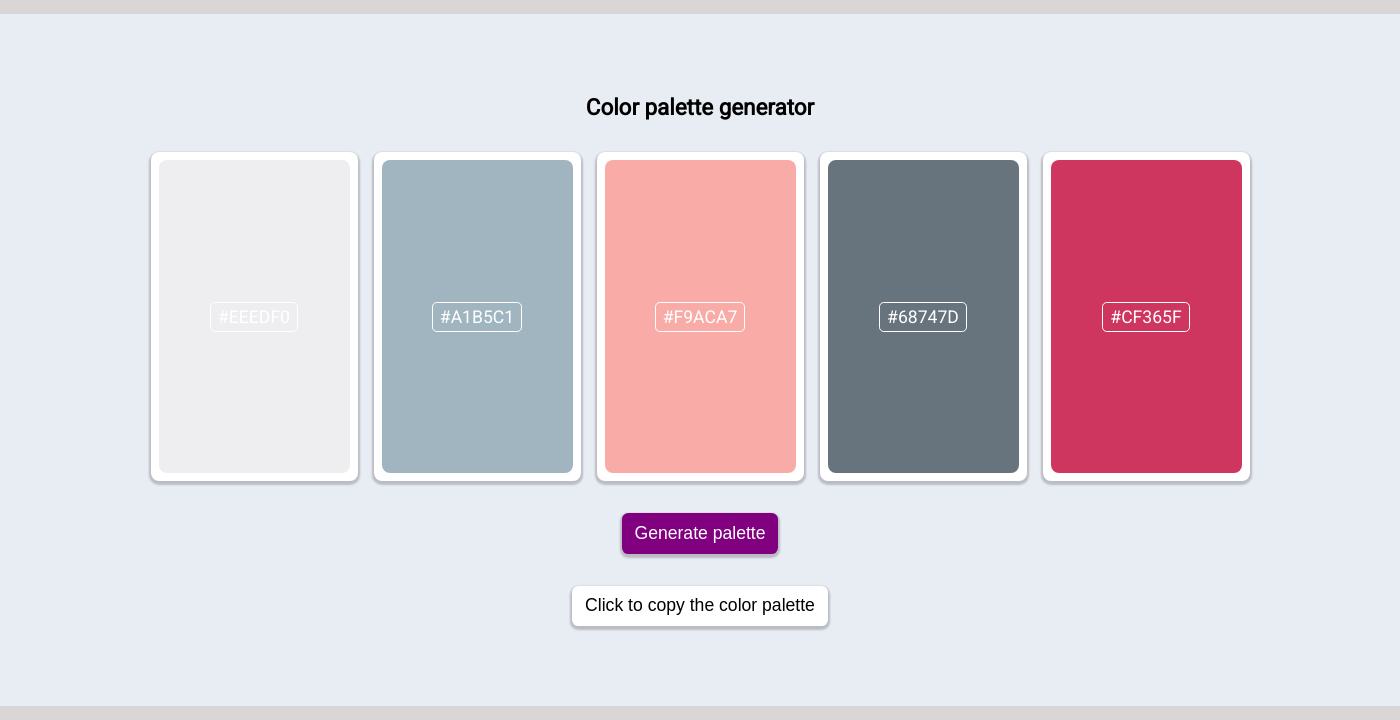
Repository: Hcmwebs/Color-Palette-Generator
Page: index.html
An editor plug-in stored every save of this project. The page is shown before and after the next save, followed by the edit.
The browser window is 1280 px wide. The page is 1400 px wide, so the pictures cover 1400 px, including what lies to the right of the window. The pictures show the whole page.

Above is the page before, as saved 2020-10-23 10:35:51.

After the next save:
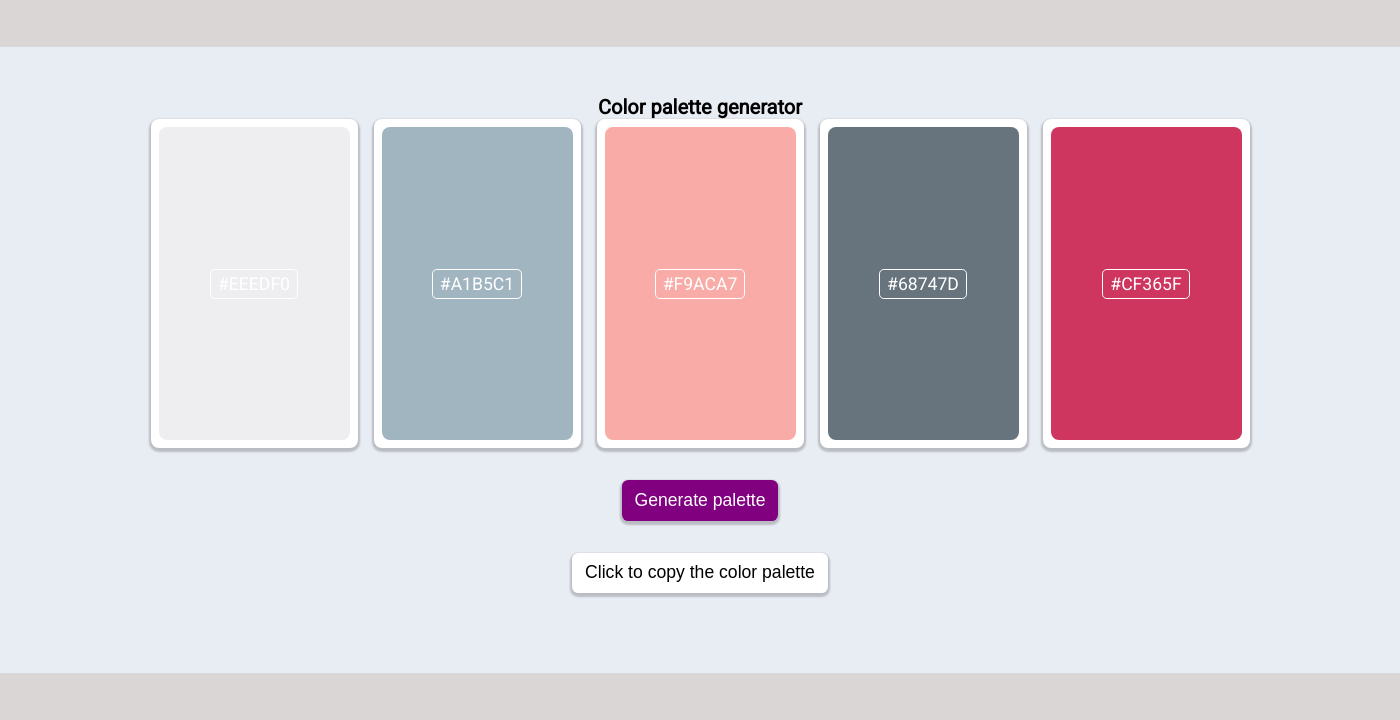
Saved 16 min 56 s later.
--- a/index.html
+++ b/index.html
@@ -11,7 +11,7 @@
     <div class="container">
 
         <!-- <button class="btn">Color #F9ACA7 copied to your clipboard</button> -->
-        <h2>Color palette generator</h2>
+        <h1>Color palette generator</h1>
         <div class="card">
             <div class="card__item">
                 <div class="card__color card__color--lightPurpleish">
